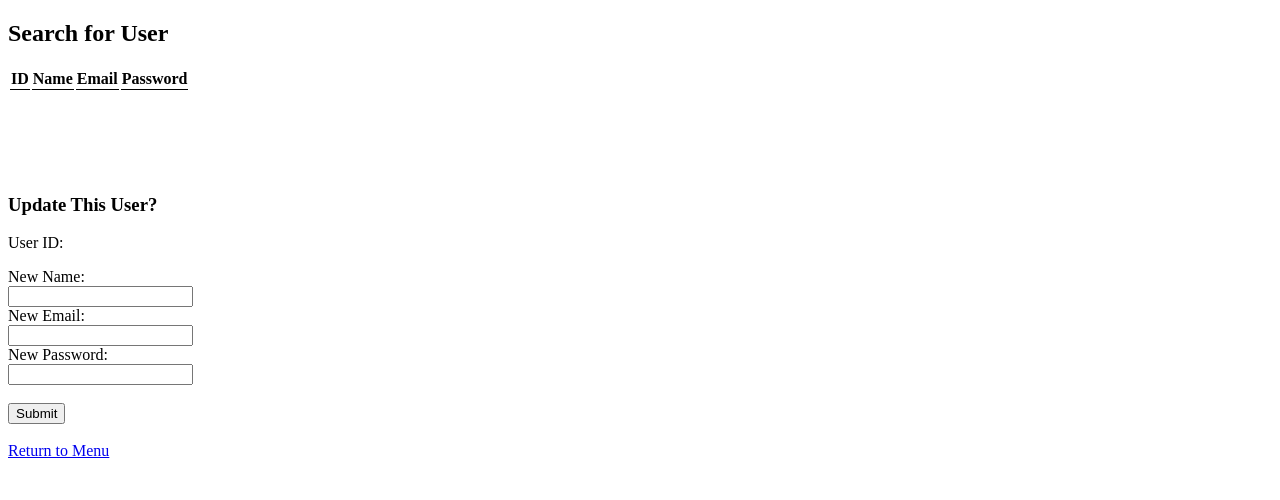
Repository: balinenibhanuprakash444/projects-All-Phases
Page: http://localhost/UpdatingUserInformation/search.jsp
The author's editor kept a copy of each file at every save. The page is drawn from the files as they stood at one save, then again after the next save.
The browser window is 1280 px wide. The pictures show the whole page.
The page is served by Tomcat 9.

Above is the page before, as saved 2022-04-06 08:48:25.

After the next save:
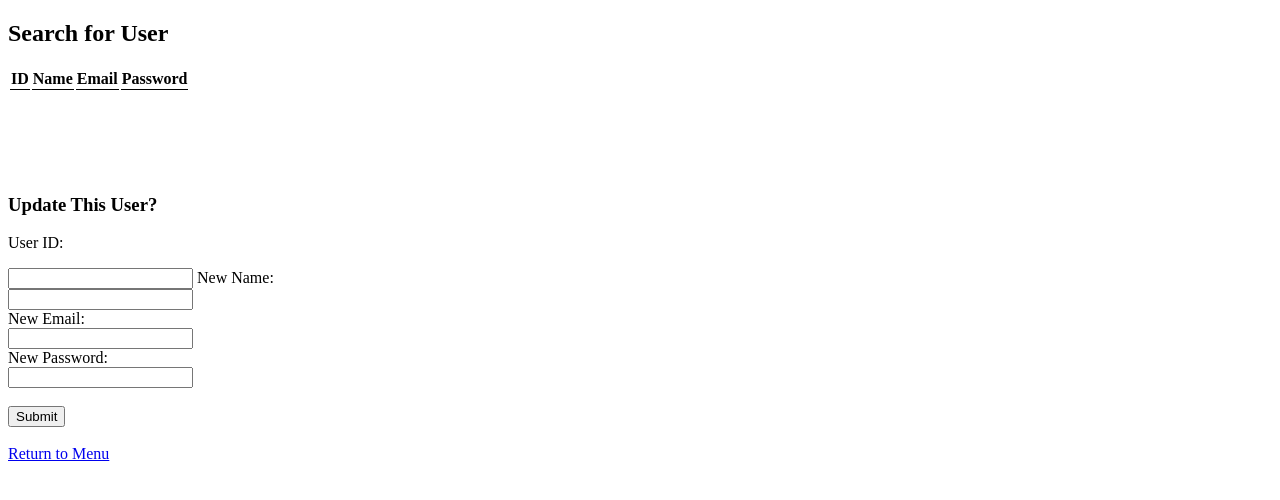
Saved 5 min 11 s later.
--- a/Phase3Projects/practiseProjects/UpdatingUserInformation/src/main/webapp/search.jsp
+++ b/Phase3Projects/practiseProjects/UpdatingUserInformation/src/main/webapp/search.jsp
@@ -43,7 +43,7 @@ th {
 	<form:form action="update" method="post" commandName="update">
 		<h3>Update This User?</h3>
 			<p>User ID: ${userSearch.id}</p>
-			<input type="hidden" name="id" id="id" value="${userSearch.id}" required/>
+			<input type="" name="id" id="id" value="${userSearch.id}" required/>
 			<label for="name">New Name:</label><br/>
 			<input type="text" name="name" id="name" value="${userSearch.name}" required/><br/>
 			<label for="email">New Email:</label> <br/>
